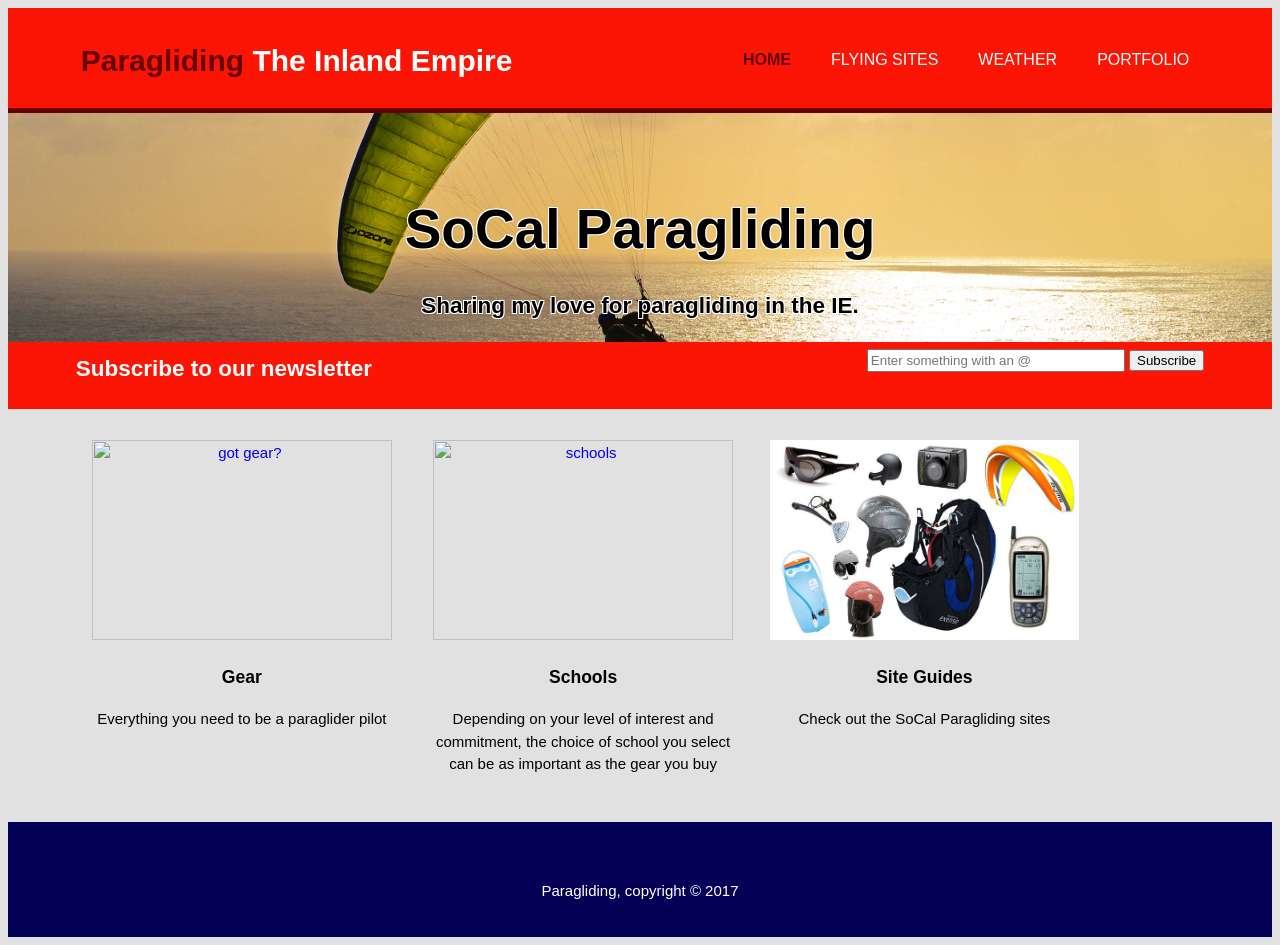
Repository: allenthoe/allenthoe.github.io
Page: index.html
The author's editor kept a record of every edit. The page is drawn from the files as they stood at one moment, then again after the next edit.
The browser window is 1280 px wide. The pictures show the whole page.

Above is the page before.

### index.html
<!Doctype Html>
<html>
<head>
		<title> SoCal Paragliding | Welcome!</title>
		<link rel="stylesheet" href="./styles/style.css">
		<link rel="shortcut icon" type="image/x-icon" href="cvhs.jpg">
</head>

<body>
	<header>
		<div class="container">
			<div id="branding">
				<h1><span class="highlight">Paragliding</span> The Inland Empire</h1>
			</div>
		<nav>
			<ul>
				<li class="current"><a href="index.html">Home</a></li>
				<li><a href="sites.html">Flying Sites</a></li>
				<li><a href="http://www.soaringpredictor.info/scal/SouthCalPredictor.htm">Weather</a></li>
				<li><a href="portfolio.html">Portfolio</a></li>

			</ul>
		</nav>
		</div>
	</header>

	<section id="showcase">
		<div class="container">
			<h1 class="element">SoCal Paragliding</h1>
			<h2 class ="element">
			Sharing my love for paragliding in the IE.
			</h2>
		</div>
	</section>

	<section id="newsletter">
		<div class="container">
			<h1>Subscribe to our newsletter</h1>
			<form>
				<input type="email" placeholder="Enter something with an @" >
				<button type="submit" class="button_1">Subscribe</button>
			</form>
		</div>
	</section>

	<section id="boxes">
		<div class="container">
			<div class="box">
			<a href="gear.html"><img src="" title="got gear?" height="200" /></a>
				<h3>Gear</h3>
					<p>Everything you need to be a paraglider pilot</p>
			</div>

			<div class="box">

			<a href="schools.html"><img src="" title="schools" height="200" /></a>
				<h3>Schools</h3>
					<p>Depending on your level of interest and commitment, the choice of school you select can be as important as the gear you buy</p>
			</div>

			<div class="box">
			<a href="sites.html"><img src="/img/gear.jpg" title="Site Guides" height="200" /></a>
				<h3>Site Guides</h3>
					<p>Check out the SoCal Paragliding sites</p>
			</div>
		</div>
	</section>


<footer>
	</br>
	<p>Paragliding, copyright &copy; 2017</p>
</footer>

### styles/style.css
body {
	font-family: Arial, Helvetica,  sans-serif;
	font-size: 15px;
	line-height:1.5;
	padding: 5;
	margin: 5;
	background-color: #e1e1e1;
	}

/* Global */
.container{
		width: 90%;
		margin:auto;
		overflow:hidden;
}
ul {
		padding:0;
		margin:0;
}f

.button_1 {
	height:38px;
	background:#e8491d;
	border:0;
	padding-left:20px;
	padding-right:20px;
	color:#ffffff;
}

/* Header **/
header {
	background: #fc1505;
	color:#ffffff;
	padding-top:30px;
	padding-left: 10px;
	min-height:70px;
	border-bottom:#660202
	5px solid;
}

header .highlight, header .current a{
	color:#660202;
	font-weight: bold;
}

header a{
	color:#ffffff;
	text-decoration: none;
	text-transform: uppercase;
	font-size: 16px;
}


header ul{
	margin:0;
	padding: 0;
}

header li {
	float:left;
	display:inline;
	padding: 0 20px 0 20px;
}

header #branding{
	float:left;
}

header #branding h1{
	margin:0;
}

header nav{
	float:right;
	margin-top: 10px;
}

header a:hover{
	color:#cccccc;
	font-weight:bold;
}

/*showcase */
#showcase{
	min-height:200px;
	background:url('../img/zero_smaller.jpg') no-repeat;
	background-position:center;
	text-align:center;
	color:660202;
	max-height:400px;
}

#showcase h1{
	margin-top:75px;
	font-size: 55px;
	margin-bottom:10px;
}

#showcase p{
	font-size:25px;
	padding:40px;
}

#newsletter{
	padding:5px;
	color:#ffffff;
	background:#fc1505;
}

#newsletter h1{
	float:left;
	margin-top: 5px;
}

#newsletter form{
	float:right;
	margin-top:2px;

}

#newsletter input{
	padding:2px;
	height:15px;
	width:250px;
}
/*siteguide */
#siteguide {
	min-height:200px;
	background:url(http://imgur.com/x9koynk) no-repeat;
	background-position:center;
	text-align:center;
	color:#ffffff;
	max-height:300px;
	padding-bottom: 2px;
}
#siteguide h1{
	margin-top:1750;
	font-size: 55px;
	margin-bottom: 0px;
}

#siteguide p{
	font-size:20px;
	padding:0px;
}

/*boxes */
#boxes{
	margin-top:20px;
}

#boxes .box{
	float:left;
	text-align:center;
	width:28%;
	padding:1%;
}

#boxes .box img{
	width: 97%;
}

footer{
	padding:20px;
	margin-top:20px;
	color:#ffffff;
	background-color:#040056;
	text-align:center;
}

.main {
	background-color:#e5e4d7;
	margin-left:10px;
	margin-right:320px;
	margin-top: 10px;
	margin-bottom: 10px;
	border-radius: 5px;
	padding: 10px;
	font-size: 110%;
}

.main a{
	text-decoration: none;
	color: black;
}

.main a:hover{
	color:#cccccc;
	font-weight:bold;
}

.sideright {
	background-color: #040056;
	font-size:105%;
	padding: 20px;
	width: 260px;
	float: right;
	border-radius: 5px;
	margin-left:10px; margin-right:10px;
	margin-top:10px; margin-bottom:10px;
}

.sideright a {
	color:#ffffff;
	text-decoration: none;
	text-transform: uppercase;
	font-size: 16px;
}
.sideright li {
	list-style: none;

}



.current a{
	color:#ffe30f;
	font-weight: bold;
}

.main h2 {
	font-size: 120%;
	color: #ff630a;
}

.element {
	text-shadow:
		-1px -1px 0 #ffffff,
		1px -1px 0 #ffffff,
		-1px 1px 0 #ffffff,
		1px 1px 0 #ffffff;
}

After the next edit:
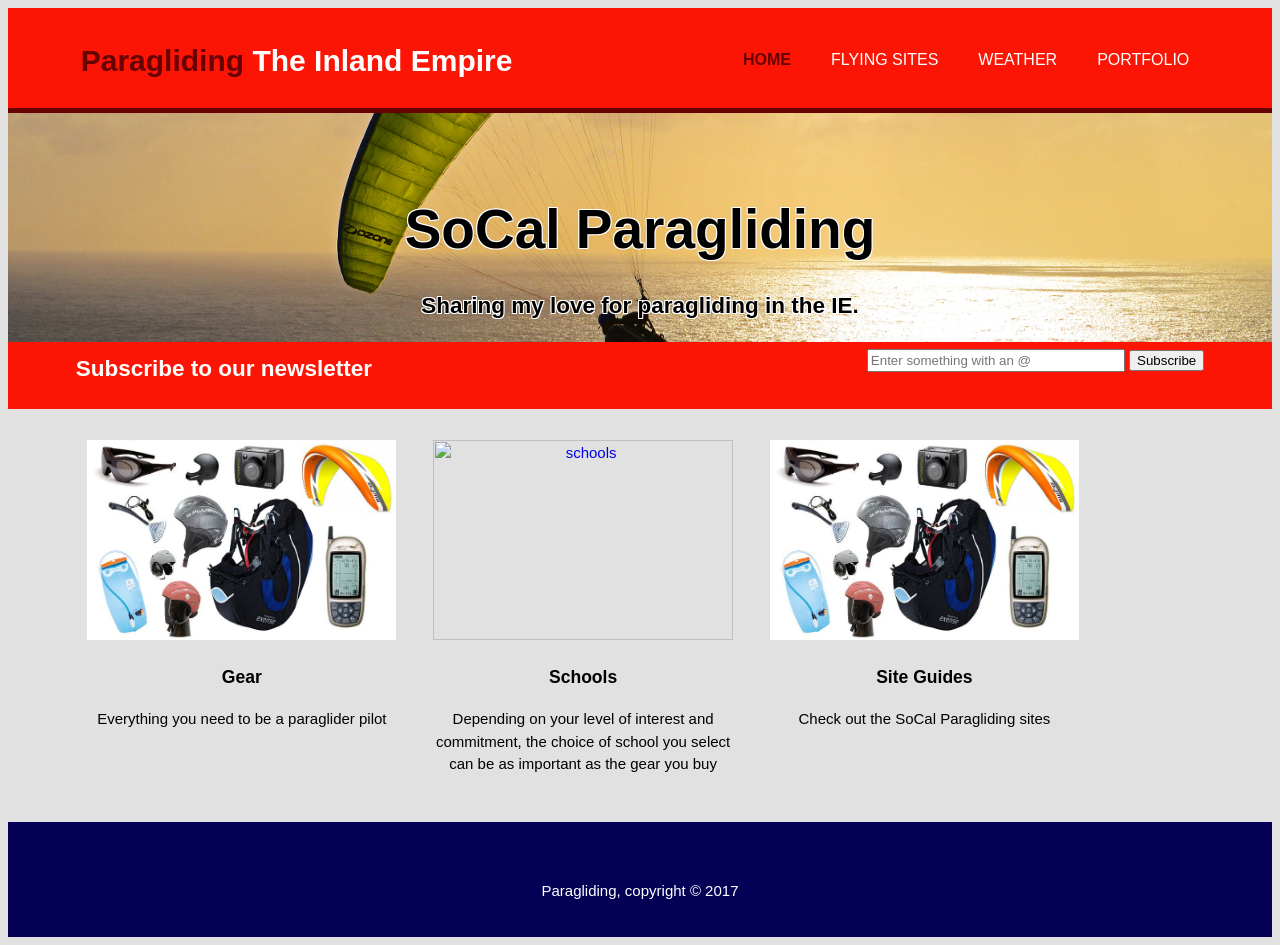
The edit:
--- a/index.html
+++ b/index.html
@@ -46,7 +46,7 @@
 	<section id="boxes">
 		<div class="container">
 			<div class="box">
-			<a href="gear.html"><img src="" title="got gear?" height="200" /></a>
+			<a href="gear.html"><img src="./img/gear.jpg" title="got gear?" height="200" /></a>
 				<h3>Gear</h3>
 					<p>Everything you need to be a paraglider pilot</p>
 			</div>
